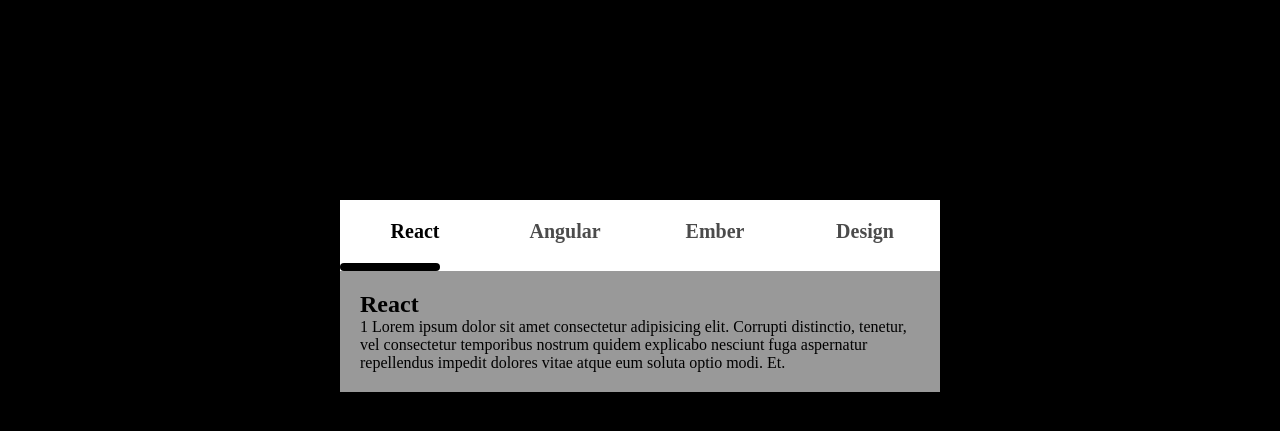
Repository: PCTai/javascript-coban
Page: tab UI/index.html
The author's editor kept a copy of each file at every save. The page is drawn from the files as they stood at one save, then again after the next save.
The browser window is 1280 px wide. The pictures show the whole page.

Above is the page before, as saved 2022-02-10 09:07:07.

After the next save:
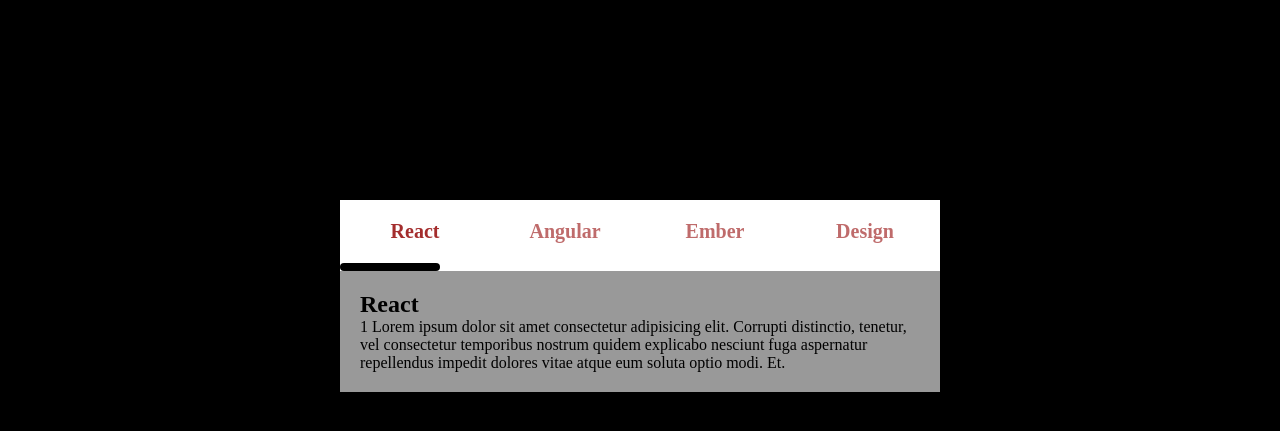
Saved 54 s later.
--- a/tab UI/style.css
+++ b/tab UI/style.css
@@ -23,6 +23,7 @@
     opacity: 70%;
     font-size: 20px;
     font-weight: bold;
+    color: rgb(164, 45, 45);
 }
 .tab-line{
     width: 100px;
